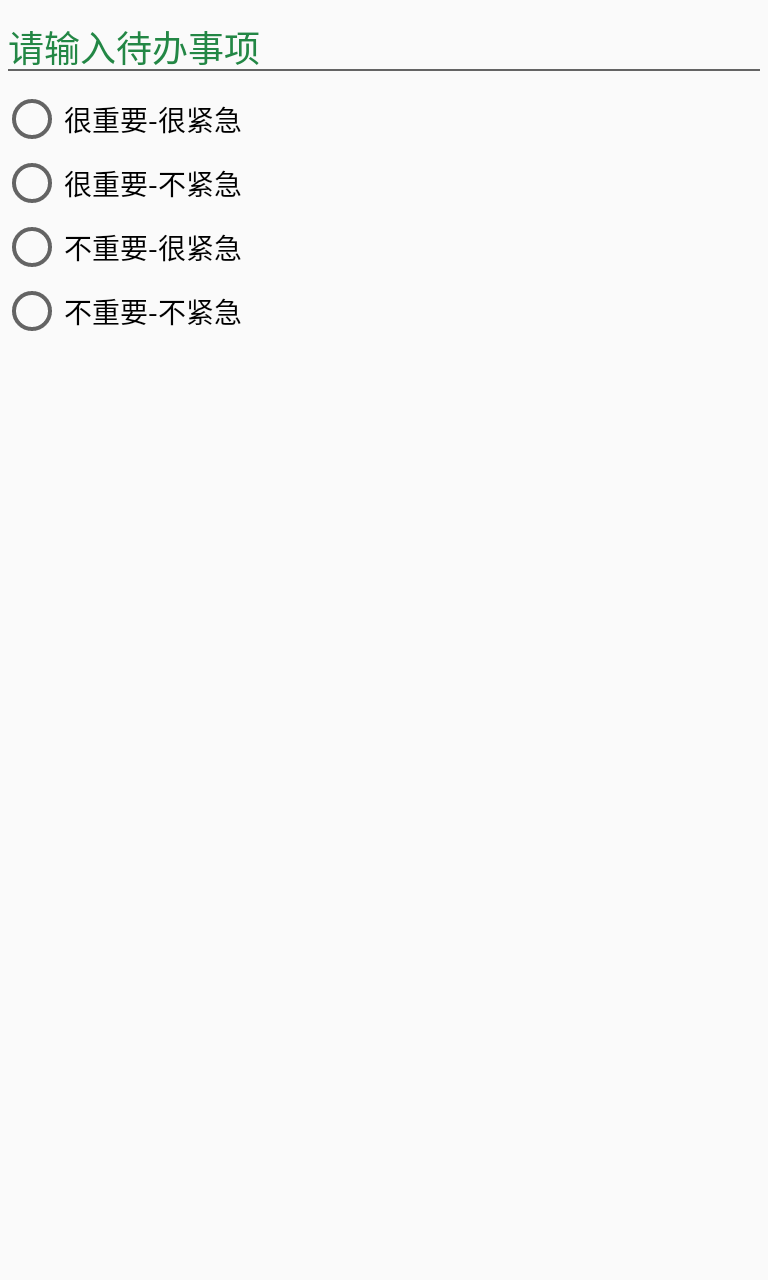
Repository: sh-zh-en/NBTodo
Layout: nbtodo/NBTodo/res/layout/addition_task_layout.xml
The author's editor kept a copy of each file at every save. The layout is drawn from the files as they stood at one save, then again after the next save.
It is drawn on a 768 x 1280 px phone screen (xhdpi) without system bars, with theme AppTheme; the app's code is not run.

Above is the layout before, as saved 2015-02-05 22:41:08.

After the next save:
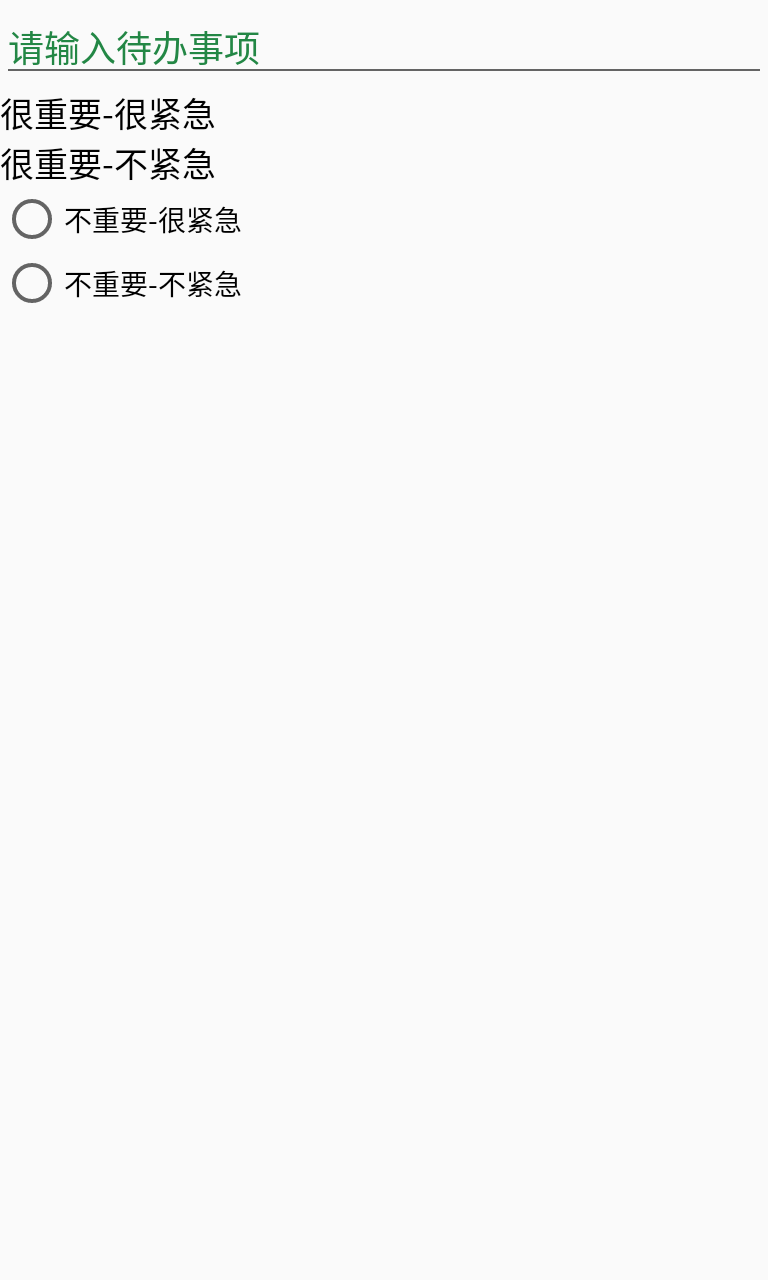
Saved 4 min 28 s later.
--- a/nbtodo/NBTodo/res/layout/addition_task_layout.xml
+++ b/nbtodo/NBTodo/res/layout/addition_task_layout.xml
@@ -24,12 +24,25 @@
             android:layout_width="wrap_content"
             android:layout_height="wrap_content"
             android:text="@string/addition_task_layout_radiobutton01"
+            android:textSize="17.0sp"
+            android:textColor="@android:color/black"
+            android:gravity="center"
+            android:layout_weight="1"
+            android:checked="true"
+            android:button="@null"
+
         />
         <RadioButton
             android:id="@+id/radiobutton2"
             android:layout_width="wrap_content"
             android:layout_height="wrap_content"
             android:text="@string/addition_task_layout_radiobutton02"
+            android:textSize="17.0sp"
+            android:textColor="@android:color/black"
+            android:gravity="center"
+            android:layout_weight="1"
+            android:checked="true"
+            android:button="@null"
         />
         <RadioButton
             android:id="@+id/radiobutton3"
